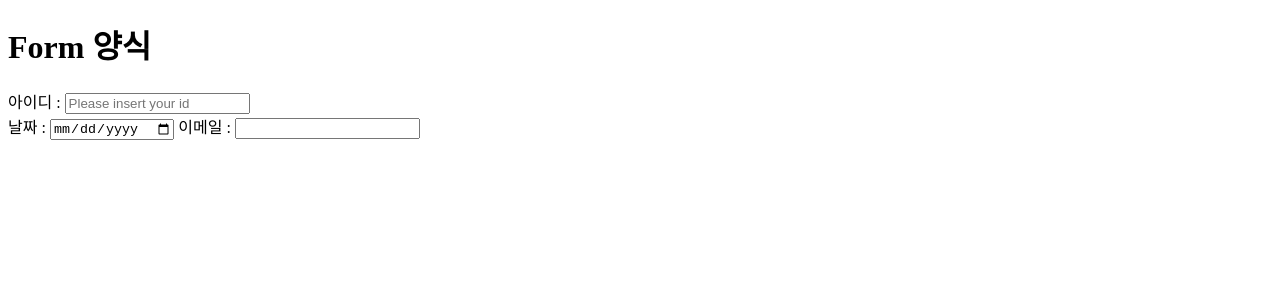
Repository: JeongHyeongKim/practice_myself
Page: Si_basic/WebProject/setp01_HTMLCS/WebContent/HTML/ex05_formTag.html
The author's editor kept a copy of each file at every save. The page is drawn from the files as they stood at one save, then again after the next save.
The browser window is 1280 px wide. The pictures show the whole page.

Above is the page before, as saved 2019-04-22 05:37:09.

After the next save:
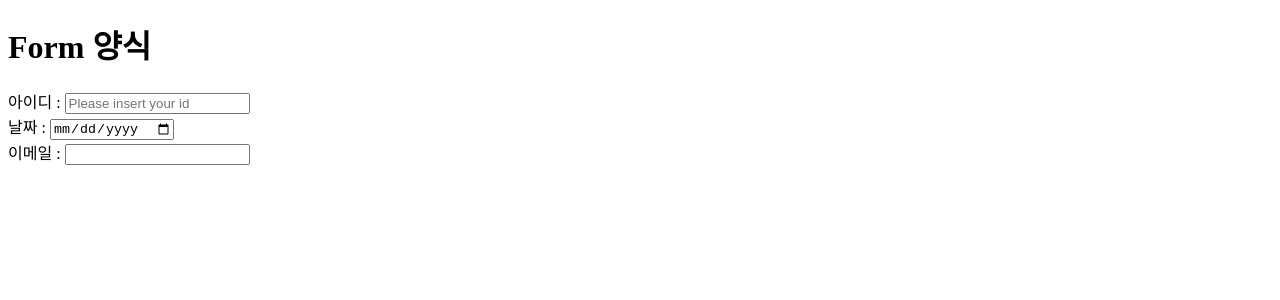
Saved 7 s later.
--- a/Si_basic/WebProject/setp01_HTMLCS/WebContent/HTML/ex05_formTag.html
+++ b/Si_basic/WebProject/setp01_HTMLCS/WebContent/HTML/ex05_formTag.html
@@ -8,7 +8,7 @@
 		<h1>Form 양식</h1>
 		<form action="http://www.daum.net" method="get">
 			아이디  : <input type="text" id="id" name="id" placeholder="Please insert your id" required="required"/><br>
-			날짜 : <input type="date" name="birth"/>
+			날짜 : <input type="date" name="birth"/><br>
 			이메일 : <input type="email" name="email"/>
 		</form>
 	</body>
